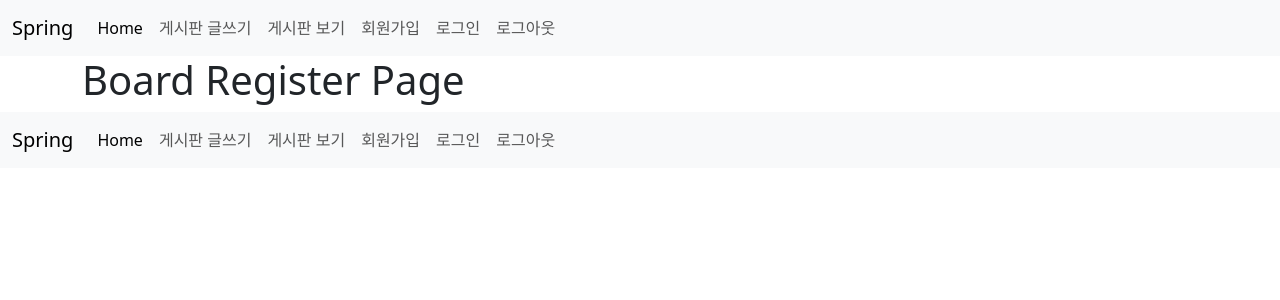
Repository: dhalfks/springTest240430
Page: http://localhost/spring_study/WEB-INF/views/member/register.jsp
These files come from the project's save history. The page is drawn as it stood at one moment and after the next save; the edit follows.
The browser window is 1280 px wide. The pictures show the whole page.
The page is served by Tomcat 9. Nobody is signed in. The template is opened directly, without the code that normally fills it, so the values that code supplies are empty.

Above is the page before, as saved 2024-04-25 05:48:52.

After the next save:
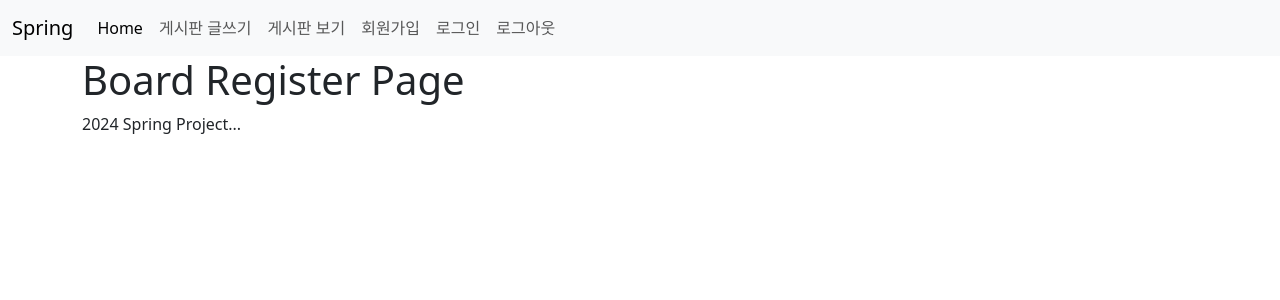
Saved 4 s later.
--- a/spring_study/src/main/webapp/WEB-INF/views/member/register.jsp
+++ b/spring_study/src/main/webapp/WEB-INF/views/member/register.jsp
@@ -5,4 +5,4 @@
 <div class="container-md">
 <h1>Board Register Page</h1>
 </div>
-<jsp:include page="../layout/header.jsp" />
+<jsp:include page="../layout/footer.jsp" />
